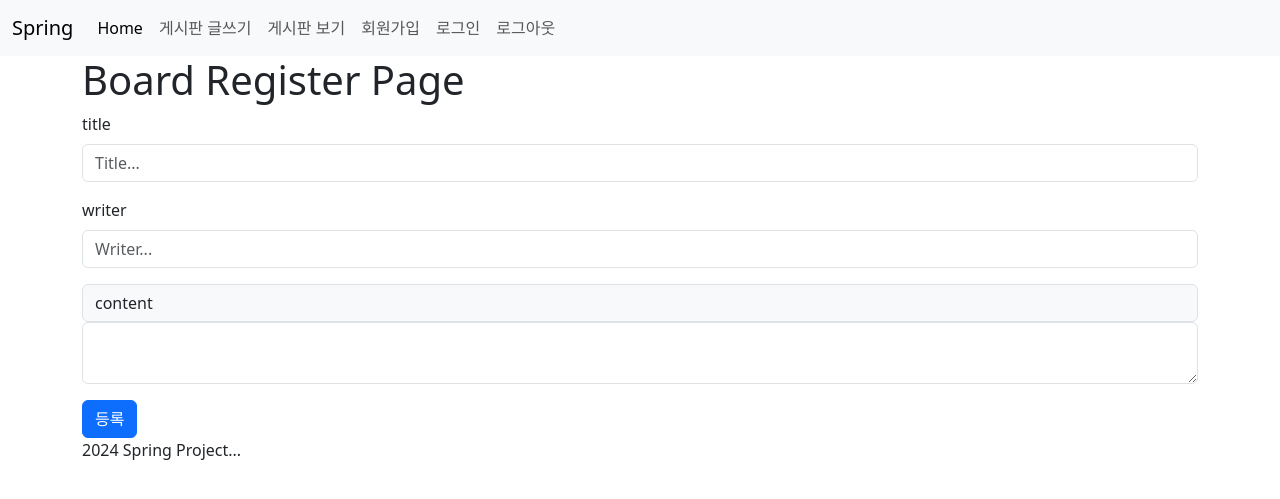
Repository: dhalfks/springTest240430
Page: http://localhost/spring_study/WEB-INF/views/board/register.jsp
These files come from the project's save history. The page is drawn as it stood at one moment and after the next save; the edit follows.
The browser window is 1280 px wide. The pictures show the whole page.
The page is served by Tomcat 9. Nobody is signed in. The template is opened directly, without the code that normally fills it, so the values that code supplies are empty.

Above is the page before, as saved 2024-04-24 01:12:38.

### spring_study/src/main/webapp/WEB-INF/views/board/register.jsp
<%@ page language="java" contentType="text/html; charset=UTF-8"
    pageEncoding="UTF-8"%>
<jsp:include page="../layout/header.jsp" />
<div class="container-md">
<h1>Board Register Page</h1>
	<form action="/board/insert" method="post">
		<div class="mb-3">
		  <label for="t" class="form-label">title</label>
		  <input type="text" class="form-control" name="title" id="t" placeholder="Title...">
		</div>
		<div class="mb-3">
		  <label for="w" class="form-label">writer</label>
		  <input type="text" class="form-control" name="writer" id="w" placeholder="Writer...">
		</div>
		<div class="mb-3">
		  <span class="input-group-text">content</span>
		  <textarea class="form-control" name="content" aria-label="With textarea"></textarea>
		</div>
		<button type="submit" class="btn btn-primary">등록</button>
	</form>
</div>

<jsp:include page="../layout/footer.jsp" />

### spring_study/src/main/webapp/WEB-INF/views/layout/header.jsp
<%@ page language="java" contentType="text/html; charset=UTF-8"
    pageEncoding="UTF-8"%>
<!DOCTYPE html>
<html>
<head>
<meta charset="UTF-8">
<title>header.jsp</title>
<link href="https://cdn.jsdelivr.net/npm/bootstrap@5.3.3/dist/css/bootstrap.min.css" rel="stylesheet" integrity="sha384-QWTKZyjpPEjISv5WaRU9OFeRpok6YctnYmDr5pNlyT2bRjXh0JMhjY6hW+ALEwIH" crossorigin="anonymous">
<script src="https://cdn.jsdelivr.net/npm/bootstrap@5.3.3/dist/js/bootstrap.bundle.min.js" integrity="sha384-YvpcrYf0tY3lHB60NNkmXc5s9fDVZLESaAA55NDzOxhy9GkcIdslK1eN7N6jIeHz" crossorigin="anonymous"></script>
</head>
<body>
<nav class="navbar navbar-expand-lg bg-body-tertiary">
  <div class="container-fluid">
    <a class="navbar-brand" href="#">Spring</a>
    <button class="navbar-toggler" type="button" data-bs-toggle="collapse" data-bs-target="#navbarSupportedContent" aria-controls="navbarSupportedContent" aria-expanded="false" aria-label="Toggle navigation">
      <span class="navbar-toggler-icon"></span>
    </button>
    <div class="collapse navbar-collapse" id="navbarSupportedContent">
      <ul class="navbar-nav me-auto mb-2 mb-lg-0">
        <li class="nav-item">
          <a class="nav-link active" aria-current="page" href="/">Home</a>
        </li>
        <li class="nav-item">
          <a class="nav-link" href="/board/register">게시판 글쓰기</a>
        </li>
        <li class="nav-item">
          <a class="nav-link" href="#">게시판 보기</a>
        </li>
        <li class="nav-item">
          <a class="nav-link" href="#">회원가입</a>
        </li>
        <li class="nav-item">
          <a class="nav-link" href="#">로그인</a>
        </li>
        <li class="nav-item">
          <a class="nav-link" href="#">로그아웃</a>
        </li>
       </ul>
    </div>
  </div>
</nav>

### spring_study/src/main/webapp/WEB-INF/views/layout/footer.jsp
<%@ page language="java" contentType="text/html; charset=UTF-8"
    pageEncoding="UTF-8"%>

<div class="container-md">
 	2024 Spring Project...
</div>

</body>
</html>

After the next save:
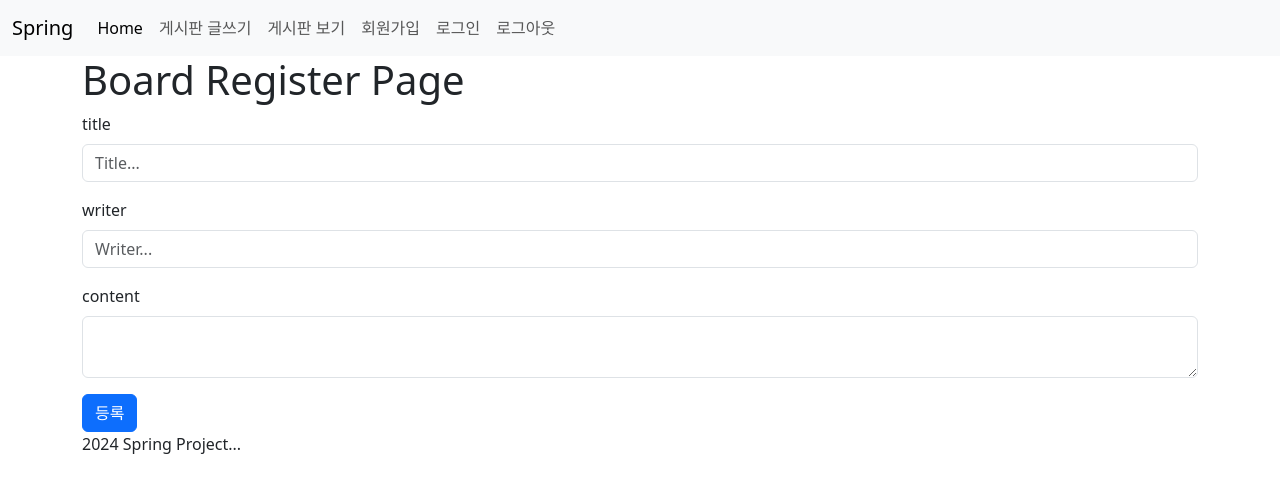
Saved 30 s later.
--- a/spring_study/src/main/webapp/WEB-INF/views/board/register.jsp
+++ b/spring_study/src/main/webapp/WEB-INF/views/board/register.jsp
@@ -13,7 +13,7 @@
 		  <input type="text" class="form-control" name="writer" id="w" placeholder="Writer...">
 		</div>
 		<div class="mb-3">
-		  <span class="input-group-text">content</span>
+		  <label for="w" class="form-label">content</label>
 		  <textarea class="form-control" name="content" aria-label="With textarea"></textarea>
 		</div>
 		<button type="submit" class="btn btn-primary">등록</button>
